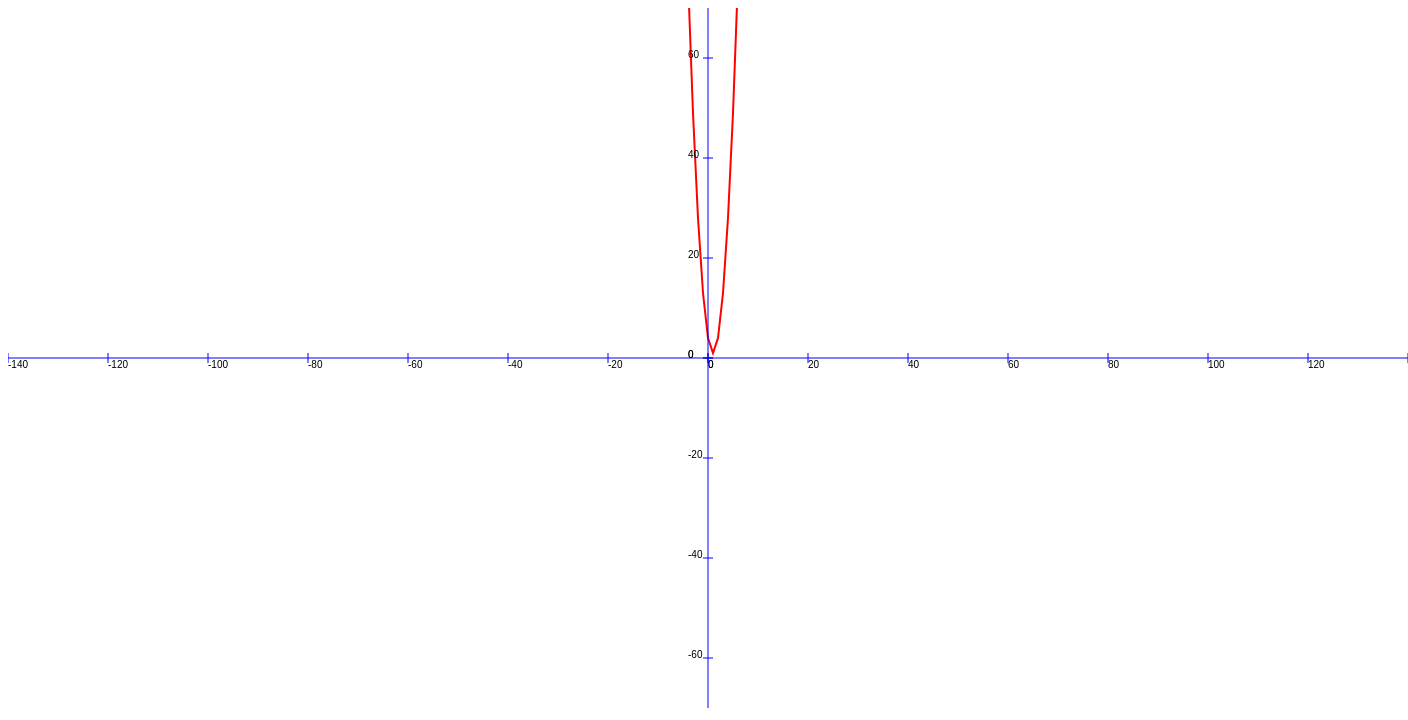
Repository: tclintaichung/book
Page: ex16/ex16_01/frame.html
An editor plug-in stored every save of this project. The page is shown before and after the next save, followed by the edit.
The browser window is 1280 px wide. The page is 1408 px wide, so the pictures cover 1408 px, including what lies to the right of the window. The pictures show the whole page.

Above is the page before, as saved 2025-09-27 16:32:14.

### ex16/ex16_01/frame.html
<!DOCTYPE html>
<html lang="en">
<head>
    <meta charset="UTF-8">
    <meta name="viewport" content="width=device-width, initial-scale=1.0">
    <title>Parabola curves</title>
</head>
<body>
    <canvas id="myCanvas" width="300px" height="300px"></canvas>
    <script>
        const a = 3;
        const b = -6;
        const c = 4;
        const colors = ["#FF0000", "#00FF00", "#0000FF", "#FFFF00", "#FFA500", "#FFFFFF"];
        const myCanvas = document.getElementById("myCanvas");
        const ctx = myCanvas.getContext("2d");
        myCanvas.width = 1400;
        myCanvas.height = 700
        const point_x = [];
        const point_y = [];
        const scale = 5.;

        parabola(point_x, point_y);
        drawCurve(point_x, point_y, scale);
        drawFrame(0, myCanvas.width, 0, myCanvas.height, scale);

        function drawFrame(x_min, x_max, y_min, y_max, scale) {
            const center_x = (x_min + x_max) / 2;
            const center_y = (y_min + y_max) / 2;
            const step = 20 * scale;
            ctx.beginPath();
            ctx.moveTo(x_min, center_y);
            ctx.lineTo(x_max, center_y);
            ctx.moveTo(center_x, y_min);
            ctx.lineTo(center_x, y_max);
            ctx.strokeStyle = colors[2];
            ctx.lineWidth = 1;

            let label_i = 0;
            for (let i = center_x; i <= x_max; i += step) {
                label_i = (i - center_x) / scale;
                ctx.moveTo(i, center_y - 5);
                ctx.lineTo(i, center_y + 5);
                ctx.fillText(String(label_i), i, center_y + 10);
            }
            for (let i = center_x; i >= x_min; i -= step) {
                label_i = (i - center_x) / scale;
                ctx.moveTo(i, center_y - 5);
                ctx.lineTo(i, center_y + 5);
                ctx.fillText(String(label_i), i, center_y + 10);
            }
            for (let i = center_y; i <= y_max; i += step) {
                label_i = (i - center_y) / scale;
                ctx.moveTo(center_x - 5, i);
                ctx.lineTo(center_x + 5, i);
                ctx.fillText(String(label_i), center_x - 20, y_max -i);
            }
            for (let i = center_y; i >= y_min; i -= step) {
                label_i = (i - center_y) / scale;
                ctx.moveTo(center_x - 5, i);
                ctx.lineTo(center_x + 5, i);
                ctx.fillText(String(label_i), center_x - 20, y_max -i);
            }
            ctx.stroke();
        }
        function parabola(point_x, point_y) {
            for (let i = -200; i <= 200; i++) {
                point_x.push(i);
                point_y.push(a * i * i + b * i + c);
            }
        }
        function drawCurve(point_x, point_y, scale) {
            ctx.beginPath();
            ctx.moveTo(point_x[0] * scale + myCanvas.width / 2, myCanvas.height / 2 - point_y[0] * scale);
            for (let i = 1; i < point_x.length; i++) {
                ctx.lineTo(point_x[i] * scale + myCanvas.width / 2, myCanvas.height / 2 - point_y[i] * scale);
            }
            ctx.strokeStyle = colors[0];
            ctx.lineWidth = 2;
            ctx.stroke();
        }
   </script>
</body>
</html>

After the next save:
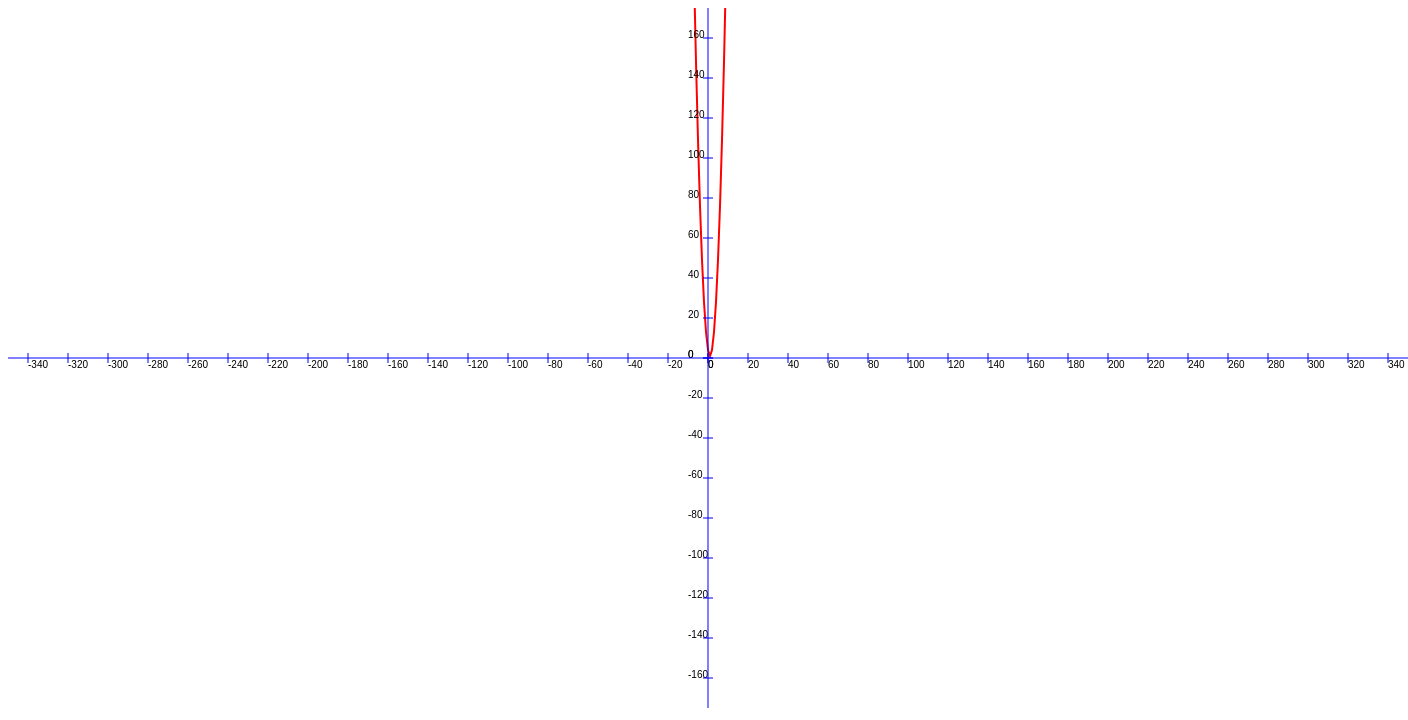
Saved 22 s later.
--- a/ex16/ex16_01/frame.html
+++ b/ex16/ex16_01/frame.html
@@ -18,7 +18,7 @@
         myCanvas.height = 700
         const point_x = [];
         const point_y = [];
-        const scale = 5.;
+        const scale = 2.;
 
         parabola(point_x, point_y);
         drawCurve(point_x, point_y, scale);
